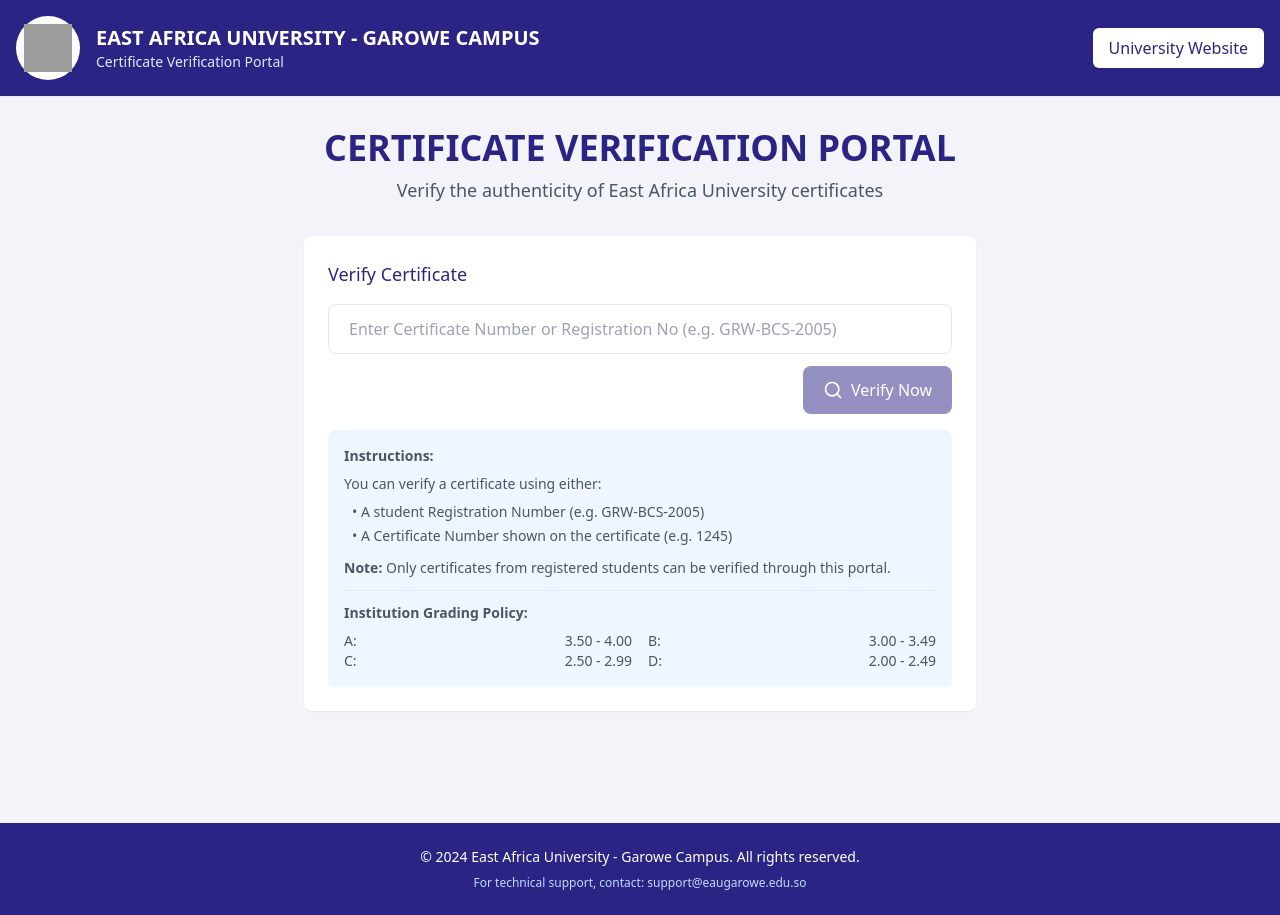
Repository: SaidIbraahim/EAU-Credential-Management-System
Page: / (app in apps/verify/)
These files come from the project's save history. The page is drawn as it stood at one moment and after the next save; the edit follows.
The browser window is 1280 px wide. The pictures show the whole page.
Pictures or frames that could not be fetched are drawn as grey boxes. The page's requests for data from a server got no answer. The project was rebuilt for these pictures with package versions that can differ from the ones it lists, and the page was loaded fresh each time. No one was signed in, and anything a server would have sent is missing. Also part of the build but not shown: apps/verify/vite.config.ts, apps/verify/src/components/ResultSection.tsx, apps/verify/src/components/PrintSection.tsx.

Above is the page before, as saved 2025-06-04 01:02:36.

After the next save:
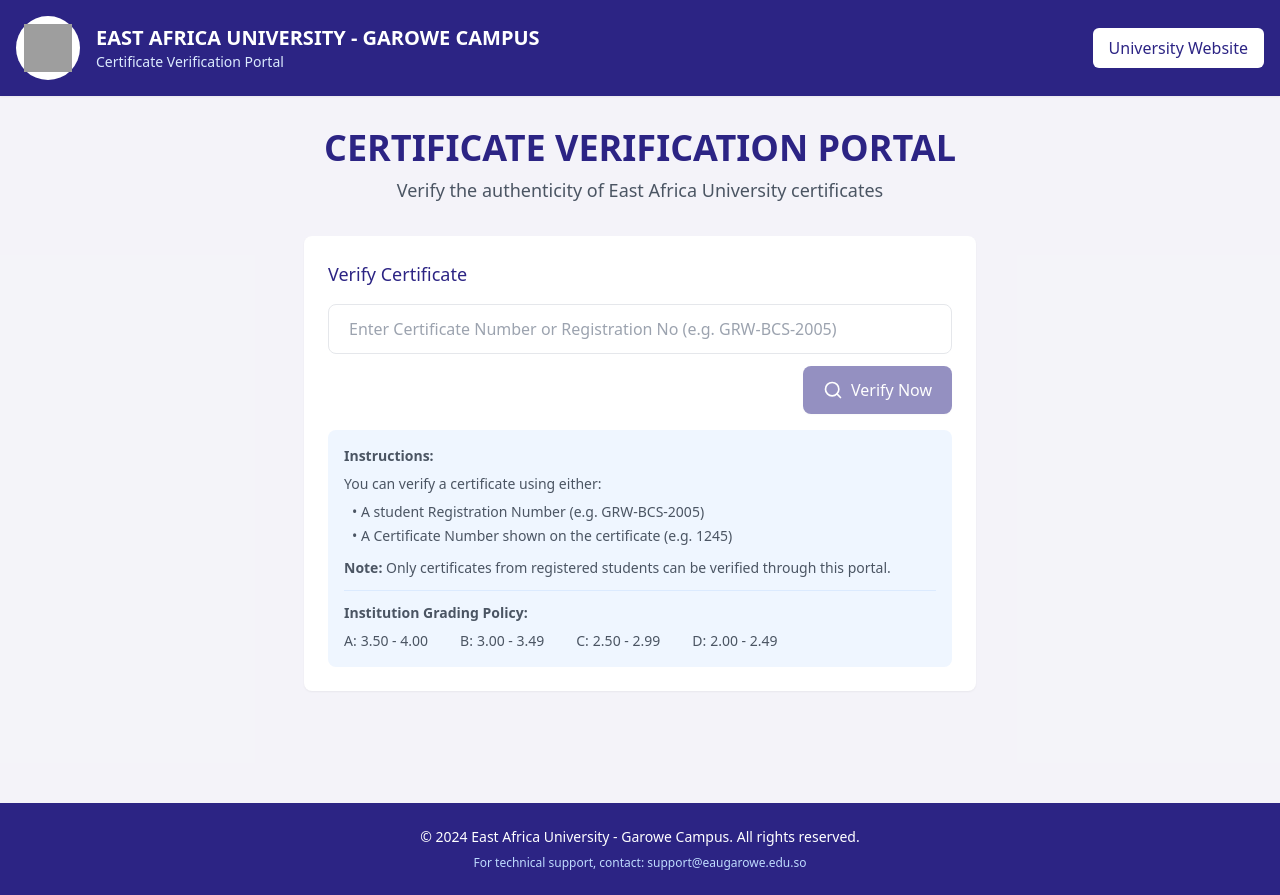
Saved 11 min 21 s later.
--- a/apps/verify/src/components/SearchSection.tsx
+++ b/apps/verify/src/components/SearchSection.tsx
@@ -81,21 +81,21 @@
 
       <div className="border-t border-blue-100 pt-3 mt-3">
         <p className="text-sm text-gray-600 font-semibold mb-2">Institution Grading Policy:</p>
-        <div className="grid grid-cols-2 gap-x-4 text-sm text-gray-600">
-          <div className="flex justify-between">
-            <span className="font-medium">A:</span>
+        <div className="flex flex-wrap gap-x-8 gap-y-1 text-sm text-gray-600">
+          <div className="flex items-center">
+            <span className="font-medium mr-1">A:</span>
             <span>3.50 - 4.00</span>
           </div>
-          <div className="flex justify-between">
-            <span className="font-medium">B:</span>
+          <div className="flex items-center">
+            <span className="font-medium mr-1">B:</span>
             <span>3.00 - 3.49</span>
           </div>
-          <div className="flex justify-between">
-            <span className="font-medium">C:</span>
+          <div className="flex items-center">
+            <span className="font-medium mr-1">C:</span>
             <span>2.50 - 2.99</span>
           </div>
-          <div className="flex justify-between">
-            <span className="font-medium">D:</span>
+          <div className="flex items-center">
+            <span className="font-medium mr-1">D:</span>
             <span>2.00 - 2.49</span>
           </div>
         </div>
